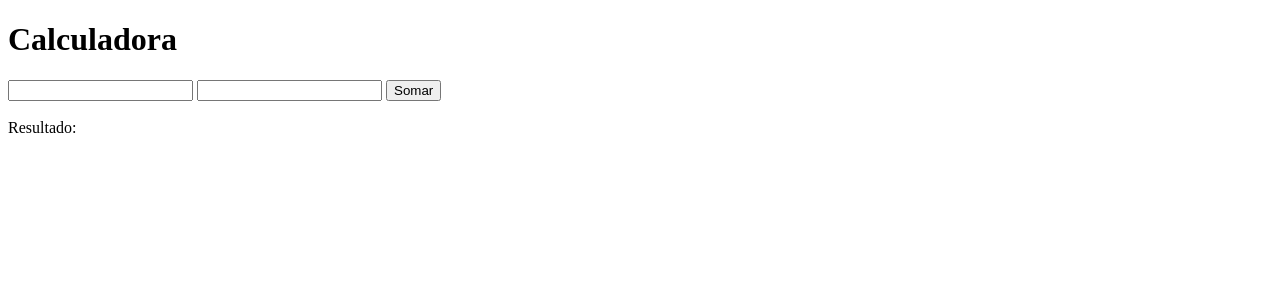
Repository: MilenaMelo/test-calculator-selenium
Page: calculadora.html
An editor plug-in stored every save of this project. The page is shown before and after the next save, followed by the edit.
The browser window is 1280 px wide. The pictures show the whole page.

Above is the page before, as saved 2021-04-30 14:48:55.

After the next save:
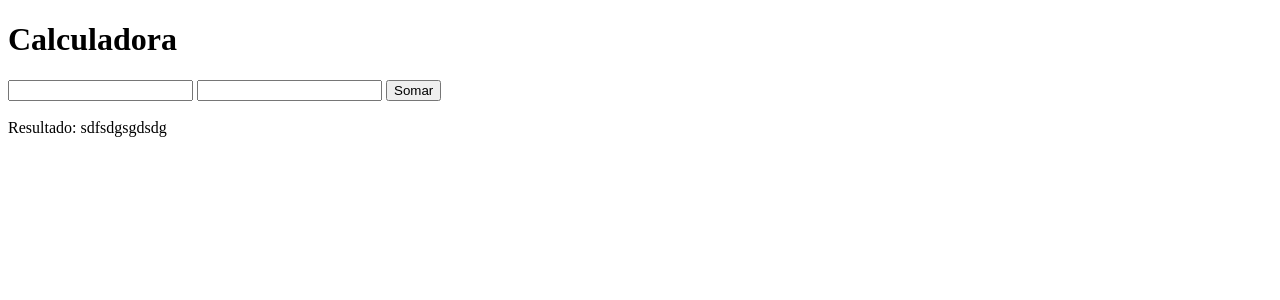
Saved 2 min 18 s later.
--- a/calculadora.html
+++ b/calculadora.html
@@ -12,7 +12,7 @@
         <button id="soma" onclick="soma()"> Somar </button>
         <br />
         <br />
-        Resultado:
+        Resultado: sdfsdgsgdsdg
         <span id="result"></span>
 
         <script type="text/javascript">
